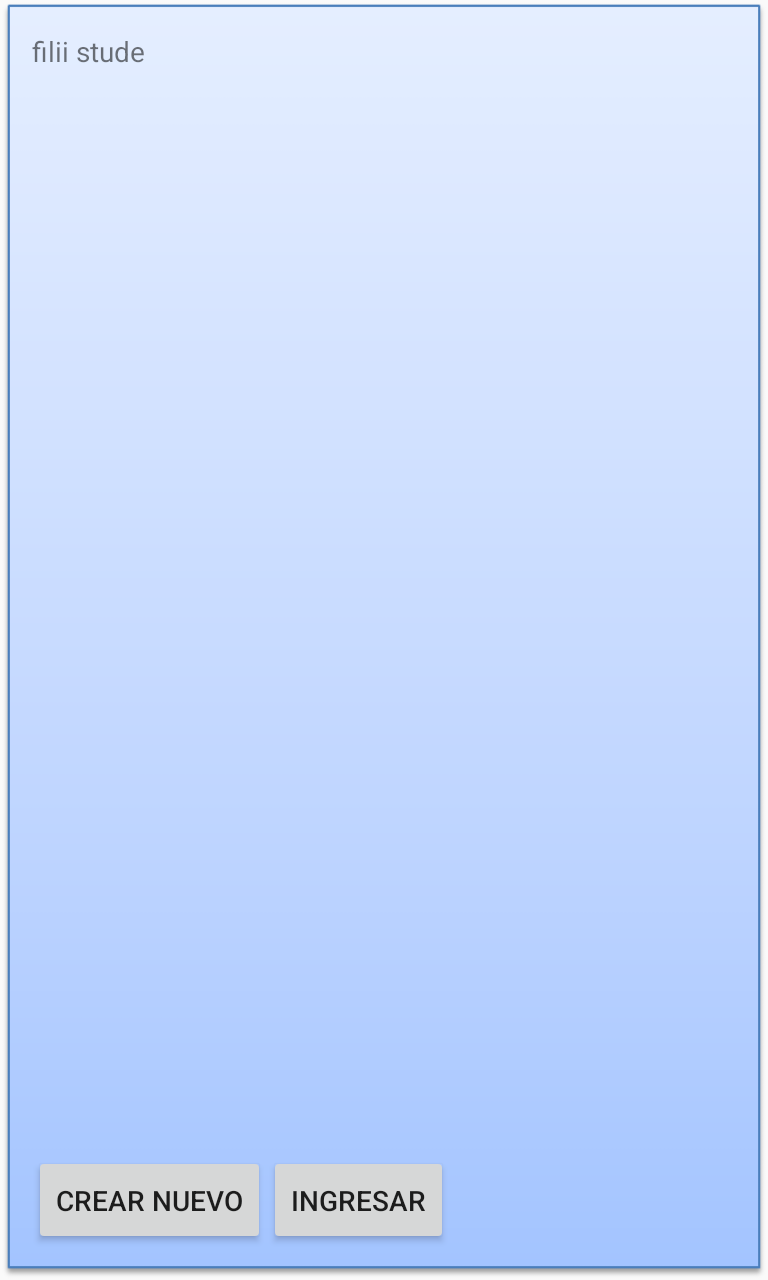
Repository: AntonioloNeviani/ProyectoDeInvestigacion_Android
Layout: FiliiStude/res/layout/activity_main.xml
These files come from the project's save history. The layout is drawn as it stood at one moment and after the next save; the edit follows.
It is drawn on a 768 x 1280 px phone screen (xhdpi) without system bars, with theme AppTheme; the app's code is not run. Lists and similar views that code fills are empty.

Above is the layout before, as saved 2015-05-26 12:29:24.

After the next save:
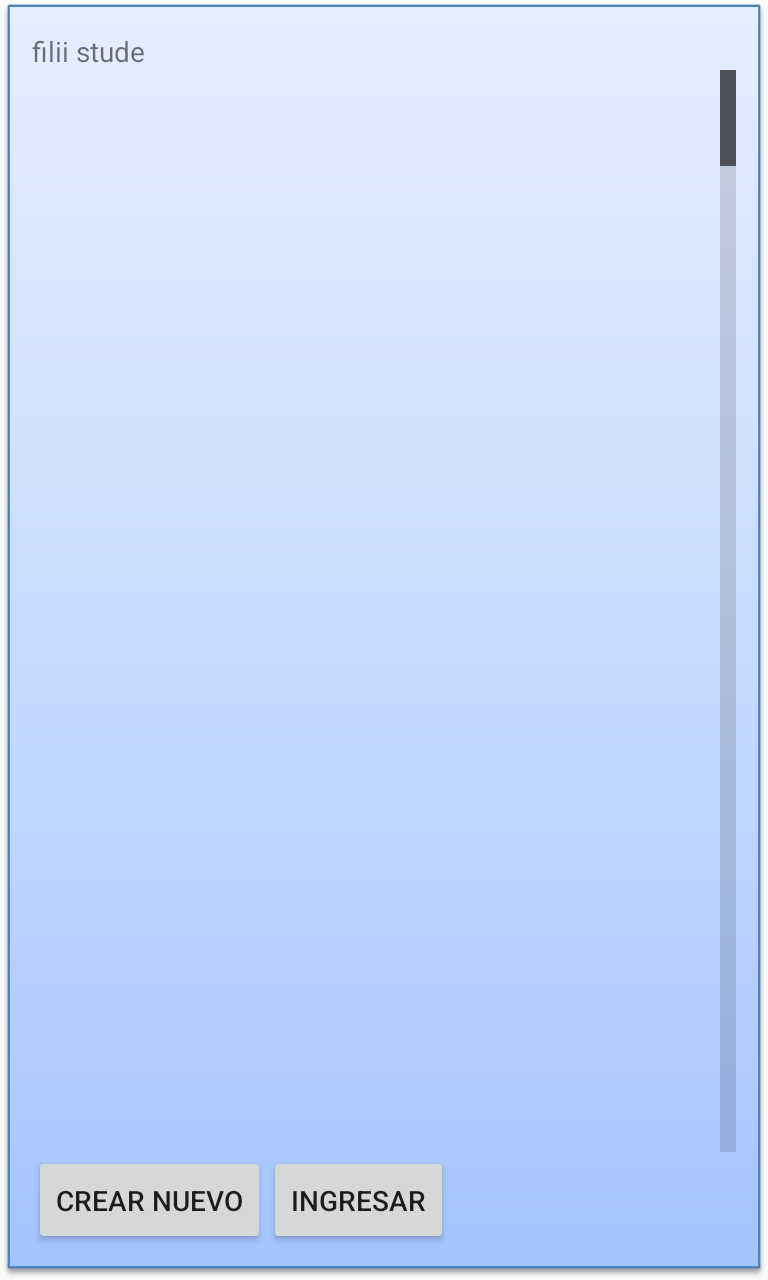
Saved 2 min 4 s later.
--- a/FiliiStude/res/layout/activity_main.xml
+++ b/FiliiStude/res/layout/activity_main.xml
@@ -38,8 +38,14 @@
                 android:layout_height="wrap_content"
                 android:layout_weight="13.79"
                 android:drawSelectorOnTop="true"
+                android:fastScrollAlwaysVisible="true"
+                android:fastScrollEnabled="true"
                 android:focusable="true"
-                android:focusableInTouchMode="true" >
+                android:focusableInTouchMode="true"
+                android:scrollingCache="true"
+                android:smoothScrollbar="true"
+                android:stackFromBottom="true"
+                android:textFilterEnabled="true" >
 
             </ListView>
         </LinearLayout>

After the 4 saves that followed:
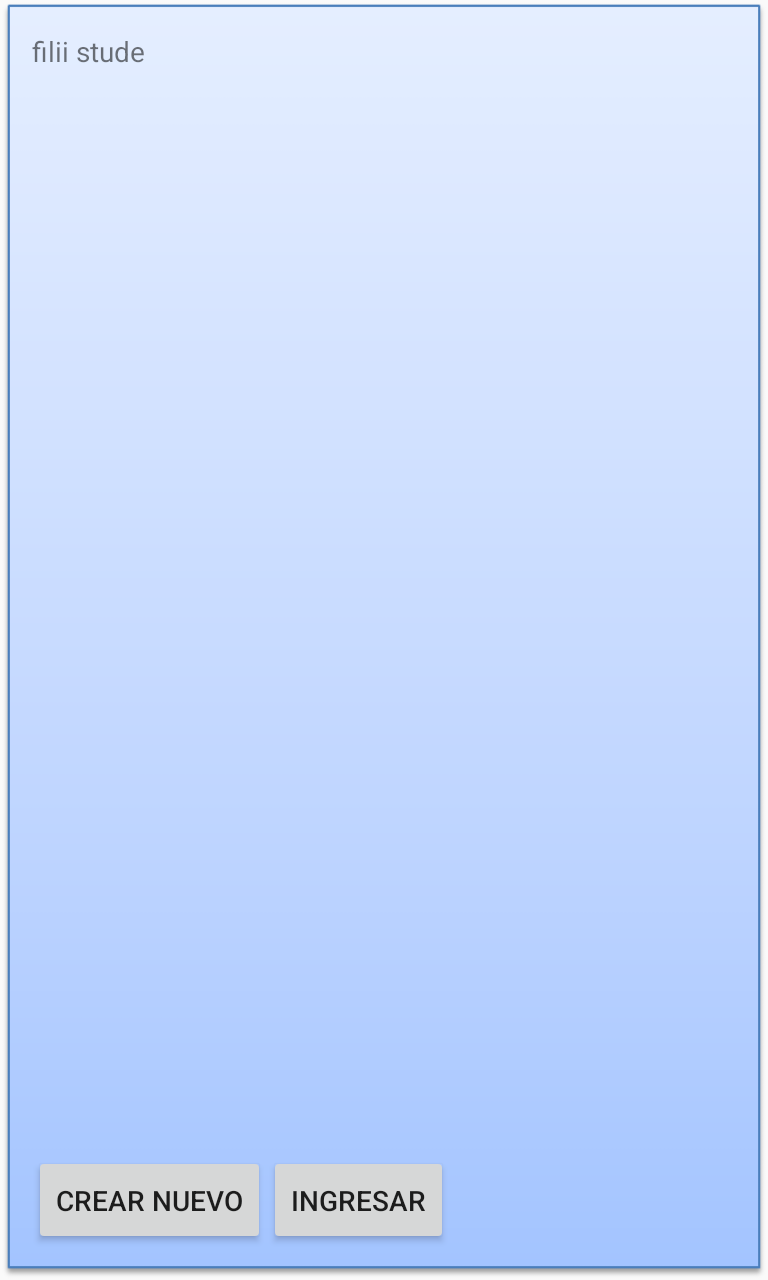
The 4 saves are shown as one change because 3 left the picture as it was.
The last was saved 4 min 18 s later.
--- a/FiliiStude/res/layout/activity_main.xml
+++ b/FiliiStude/res/layout/activity_main.xml
@@ -3,8 +3,6 @@
     android:layout_width="match_parent"
     android:layout_height="match_parent"
     android:background="@drawable/imagen1"
-    android:focusable="true"
-    android:focusableInTouchMode="true"
     android:onClick="onClick"
     android:paddingBottom="@dimen/activity_vertical_margin"
     android:paddingLeft="@dimen/activity_horizontal_margin"
@@ -36,17 +34,7 @@
                 android:id="@+id/listView1"
                 android:layout_width="match_parent"
                 android:layout_height="wrap_content"
-                android:layout_weight="13.79"
-                android:drawSelectorOnTop="true"
-                android:fastScrollAlwaysVisible="true"
-                android:fastScrollEnabled="true"
-                android:focusable="true"
-                android:focusableInTouchMode="true"
-                android:scrollingCache="true"
-                android:smoothScrollbar="true"
-                android:stackFromBottom="true"
-                android:textFilterEnabled="true" >
-
+                android:layout_weight="13.79">
             </ListView>
         </LinearLayout>
 
